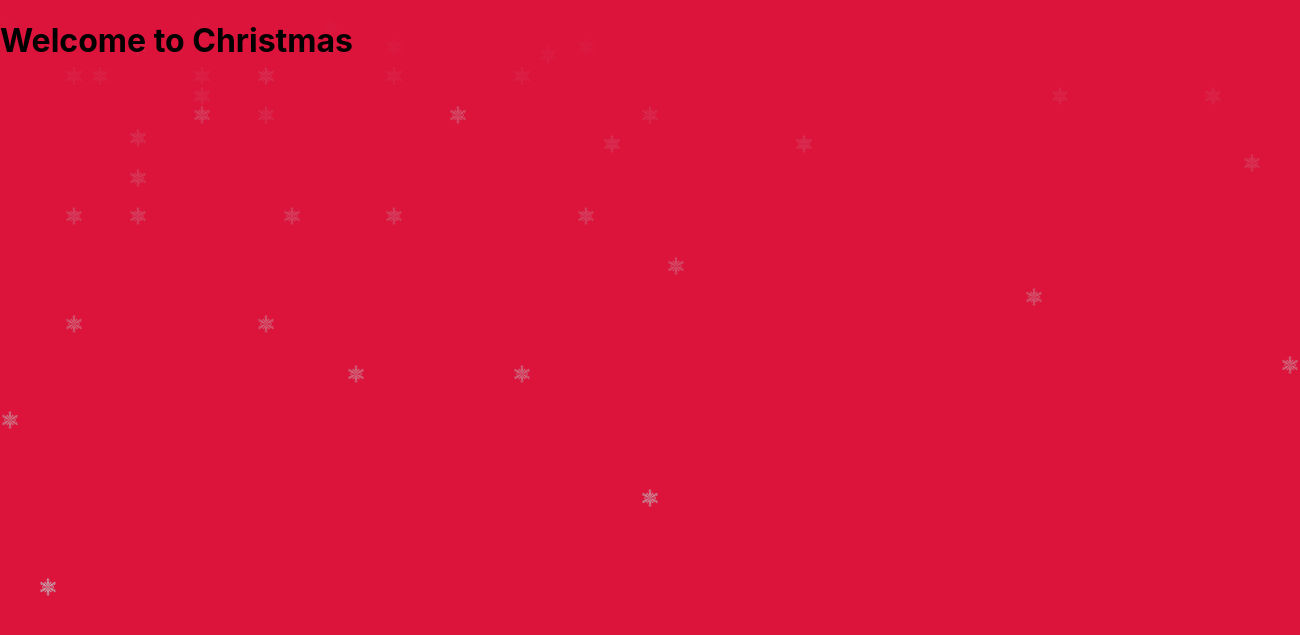
Repository: cerebrium/christmasTown
Page: / (app in client/)
These files come from the project's save history. The page is drawn as it stood at one moment and after the next save; the edit follows.
The browser window is 1280 px wide. The page is 1300 px wide, so the pictures cover 1300 px, including what lies to the right of the window. The pictures show the whole page.
The project was rebuilt for these pictures with package versions that can differ from the ones it lists, and the page was loaded fresh each time.

Above is the page before, as saved 2019-12-02 13:23:35.

After the next save:
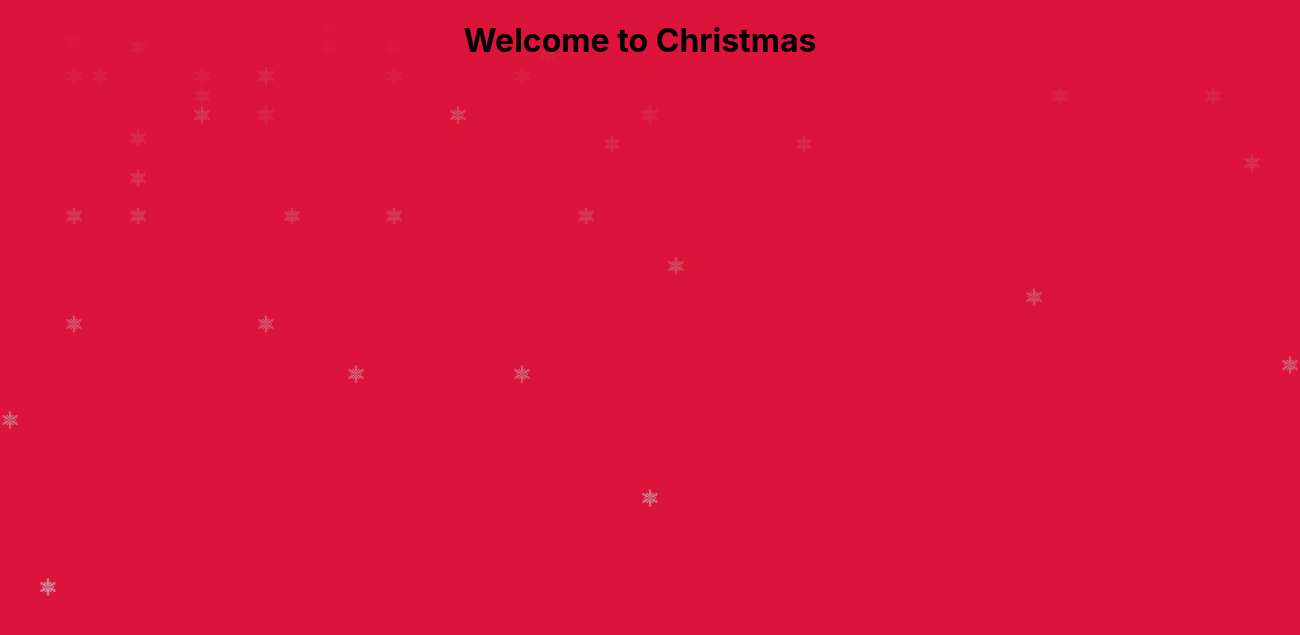
Saved 7 s later.
--- a/client/src/App.css
+++ b/client/src/App.css
@@ -1,3 +1,8 @@
 .App {
   display: flex;
+  justify-content: center;
 }
+
+.mainTitle {
+
+}
